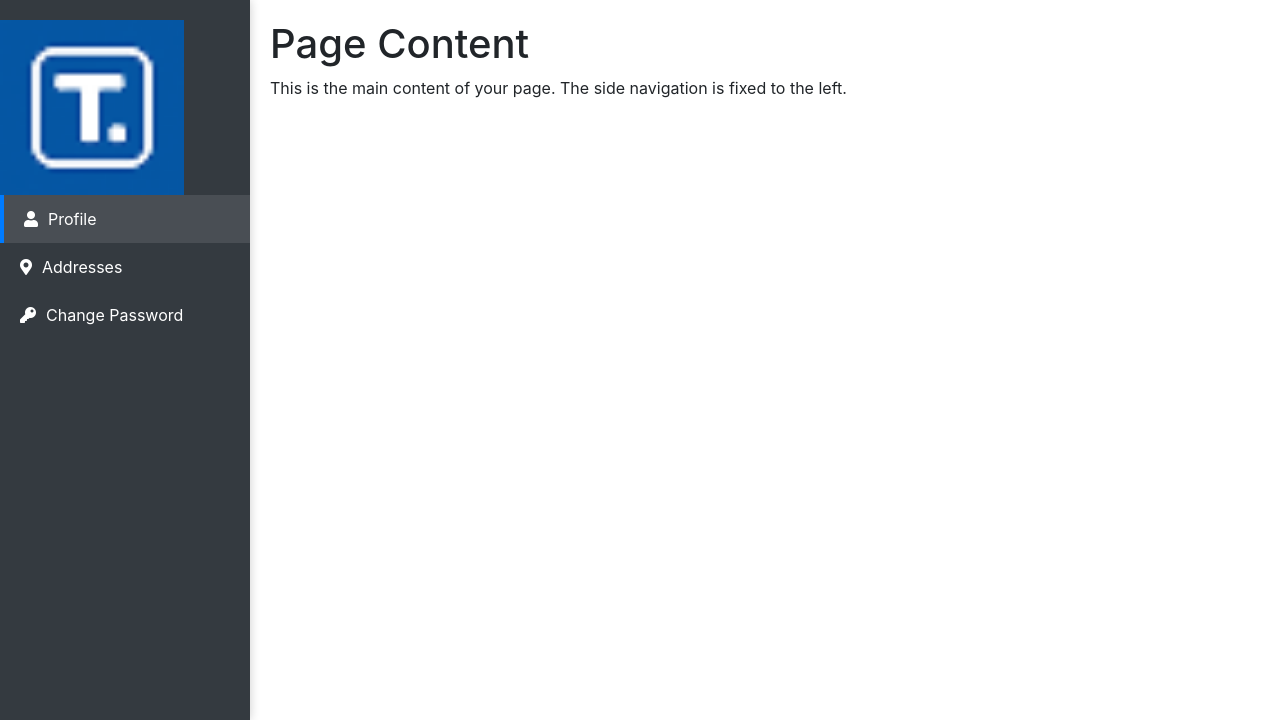
Repository: Darkrepo23/Ecommerce-Manalastas-project
Page: profile-settings.html
These files come from the project's save history. The page is drawn as it stood at one moment and after the next save; the edit follows.
The browser window is 1280 px wide. The pictures show the whole page.
Some web libraries are served in a nearby version.

Above is the page before, as saved 2026-01-04 08:47:35.

After the next save:
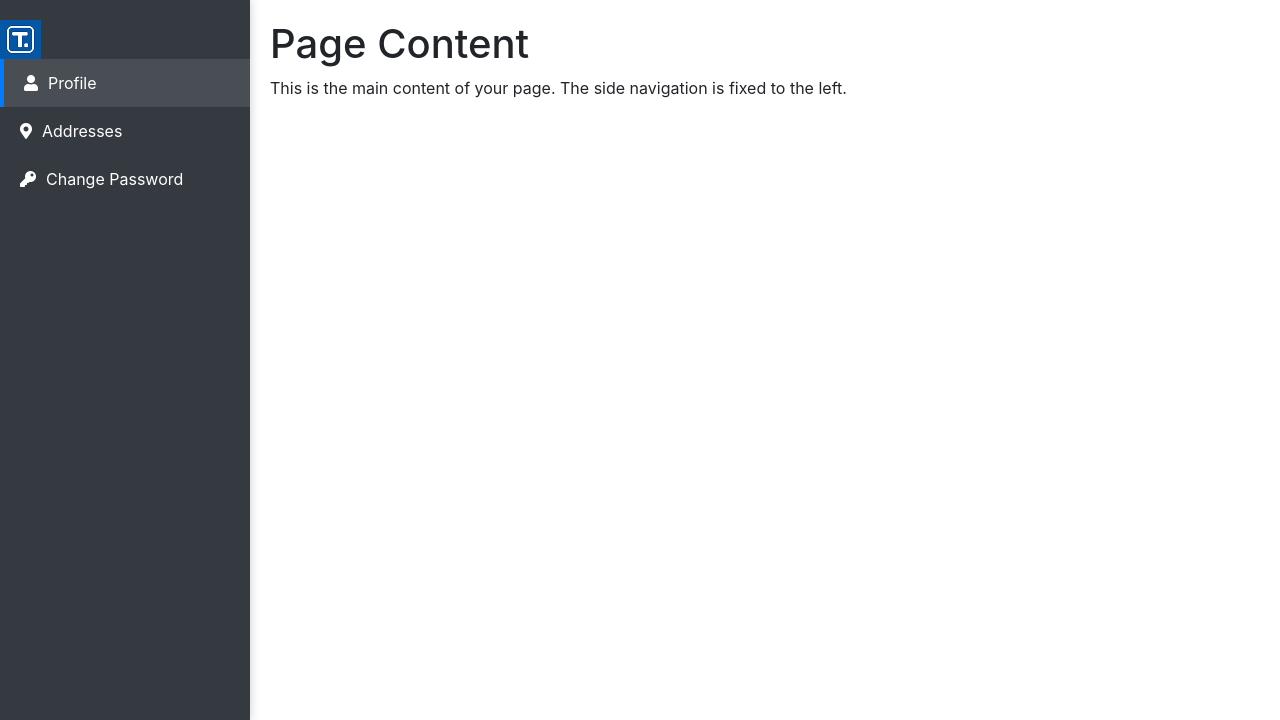
Saved 7 s later.
--- a/profile-settings.html
+++ b/profile-settings.html
@@ -56,7 +56,7 @@
 
   <!-- Side Navigation -->
   <div class="sidebar">
-  <img src="img/logo.png" class="h-25" alt="">
+  <img src="img/logo.png" class="h-10" alt="">
   <a href="#" class="active"><i class="fas fa-user"></i>Profile</a>
   <a href="#"><i class="fas fa-map-marker-alt"></i>Addresses</a>
   <a href="#"><i class="fas fa-key"></i>Change Password</a>
